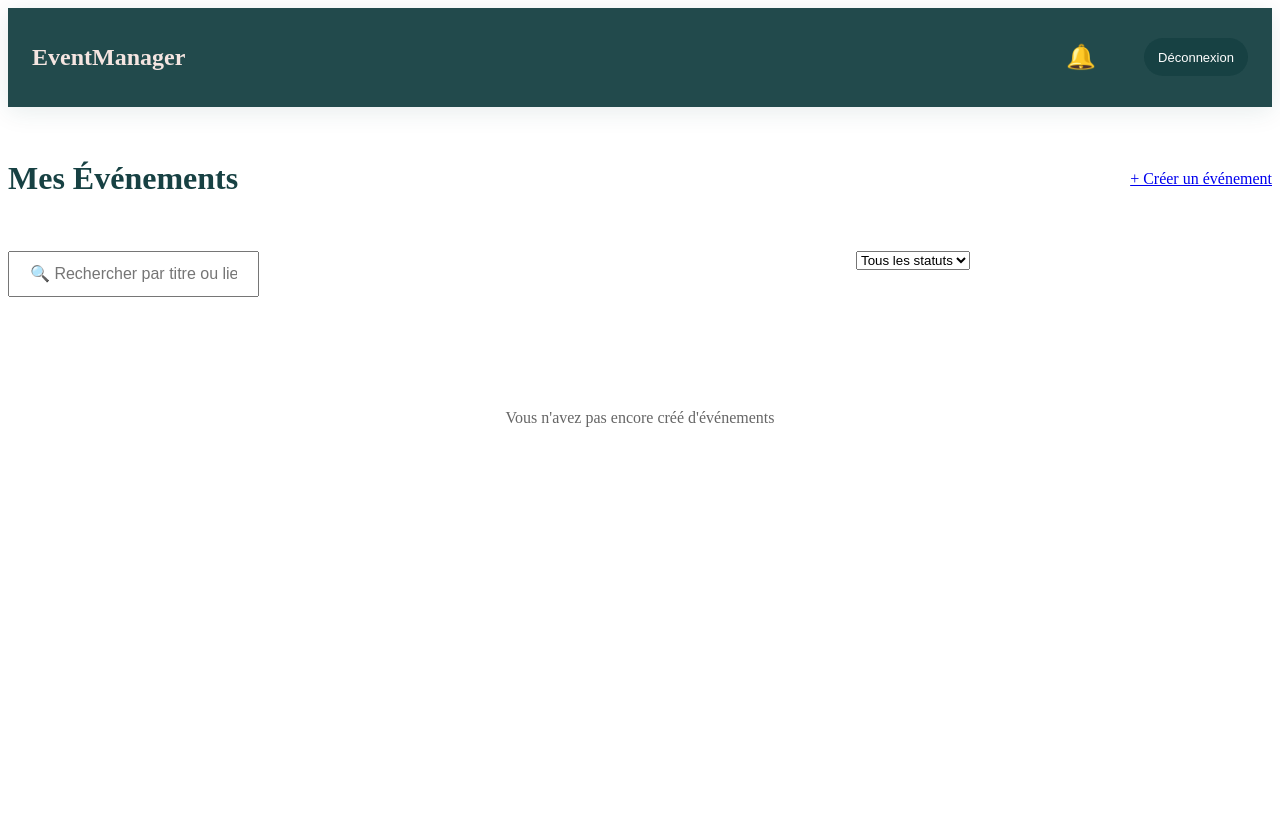
Repository: RADJA-A/DahiliRadja_Pjt_IW
Page: /organisateur/mes-evenements (app in Front/gerement/)
An editor plug-in stored every save of this project. The page is shown before and after the next save, followed by the edit.
The browser window is 1280 px wide. The pictures show the whole page.
The project was rebuilt for these pictures with package versions that can differ from the ones it lists, and the page was loaded fresh each time. Also part of the build but not shown: Front/gerement/angular.json, Front/gerement/src/app/pages/home/home.component.ts, Front/gerement/src/app/components/avantages/avantages.component.ts, Front/gerement/src/app/components/procedure/procedure.component.ts, Front/gerement/src/app/components/services/services.component.ts, Front/gerement/src/app/pages/login/login.component.ts, Front/gerement/src/app/core/services/auth.service.ts, Front/gerement/src/app/pages/signin/signin.component.ts and 9 more.

Above is the page before, as saved 2025-12-10 17:11:11.

After the next save:
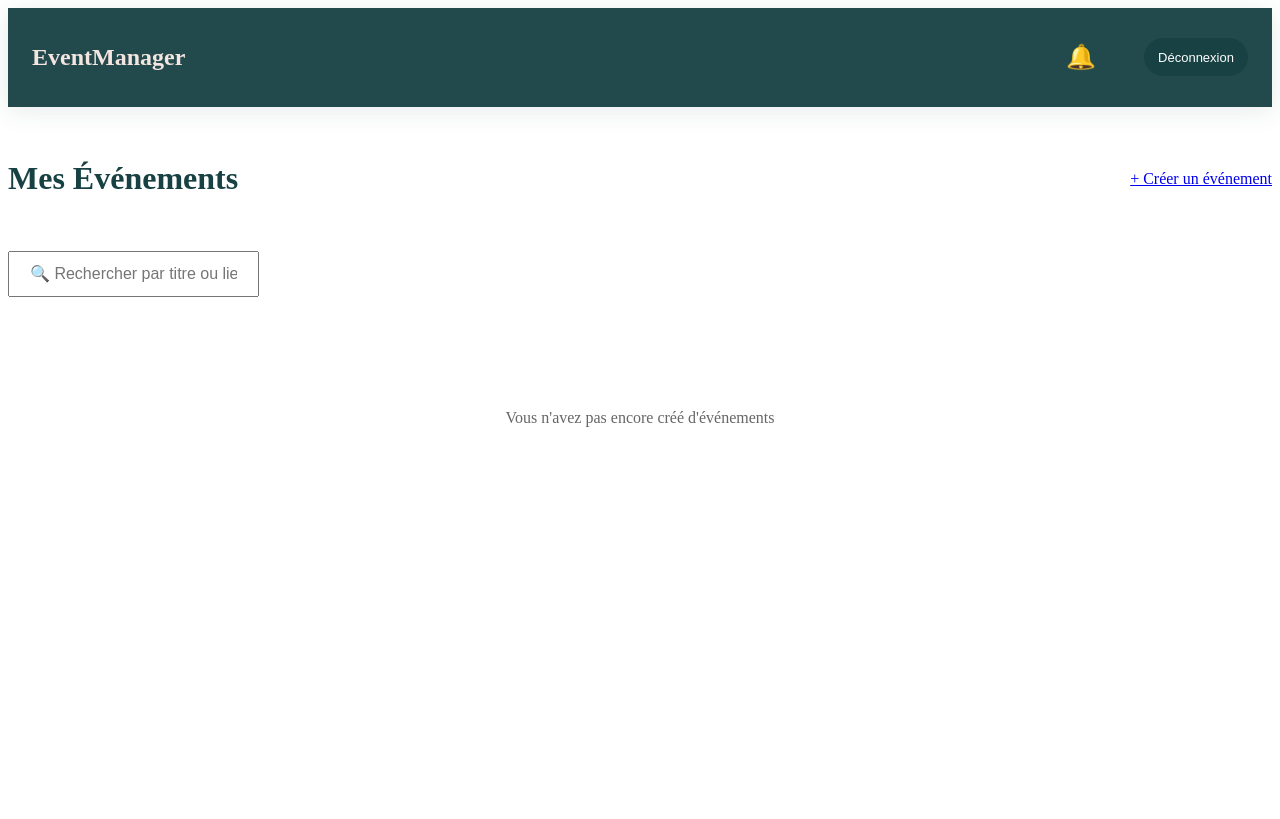
Saved 80 s later.
--- a/Front/gerement/src/app/pages/organisateur/mes-evenements/mes-evenements.component.html
+++ b/Front/gerement/src/app/pages/organisateur/mes-evenements/mes-evenements.component.html
@@ -15,16 +15,7 @@
           class="search-input">
       </div>
 
-      <div class="input-group">
-        <select [(ngModel)]="filterStatut">
-          <option value="">Tous les statuts</option>
-          <option value="A_VENIR">À venir</option>
-          <option value="EN_COURS">En cours</option>
-          <option value="TERMINE">Terminé</option>
-          <option value="ANNULE">Annulé</option>
 
-        </select>
-      </div>
     </div>
 
     <!-- Liste des événements -->
